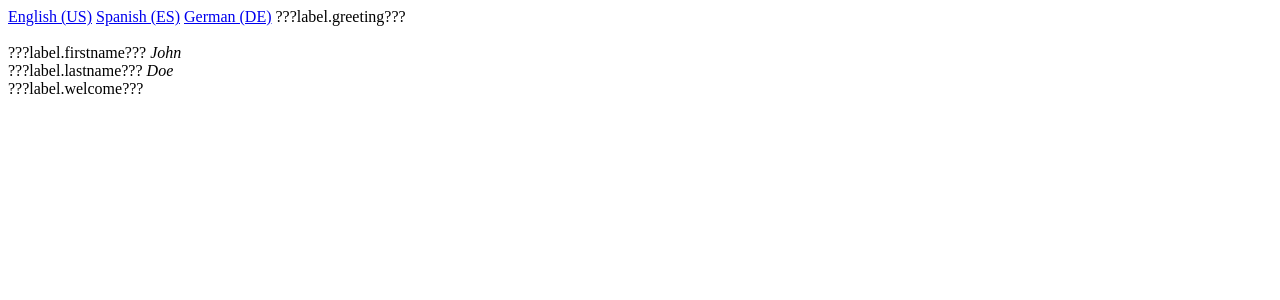
Repository: romuloabbiati/jsp-for-beginners
Page: http://localhost/tagdemo/i18n-messages-test.jsp?es_ES
The author's editor kept a copy of each file at every save. The page is drawn from the files as they stood at one save, then again after a run of saves.
The browser window is 1280 px wide. The pictures show the whole page.
The page is served by Tomcat 9.

Above is the page before, as saved 2023-02-26 06:47:34.

After the next 2 saves:
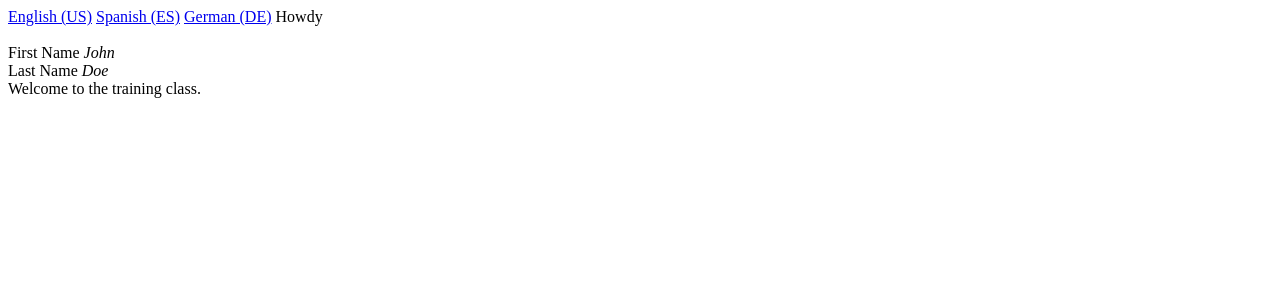
The 2 saves are shown as one change because 1 did not build or start.
The last was saved 5 min 19 s later.
--- a/tagdemo/WebContent/i18n-messages-test.jsp
+++ b/tagdemo/WebContent/i18n-messages-test.jsp
@@ -8,6 +8,7 @@ scope="session" />
 
 <fmt:setLocale value="${theLocale}" />
 
+<fmt:setBundle basename="com.luv2code.jsp.tagdemo.i18n.resources.mylabels" />
 <html>
 
 <a href="i18n-messages-test.jsp?en_US">English (US)</a>
